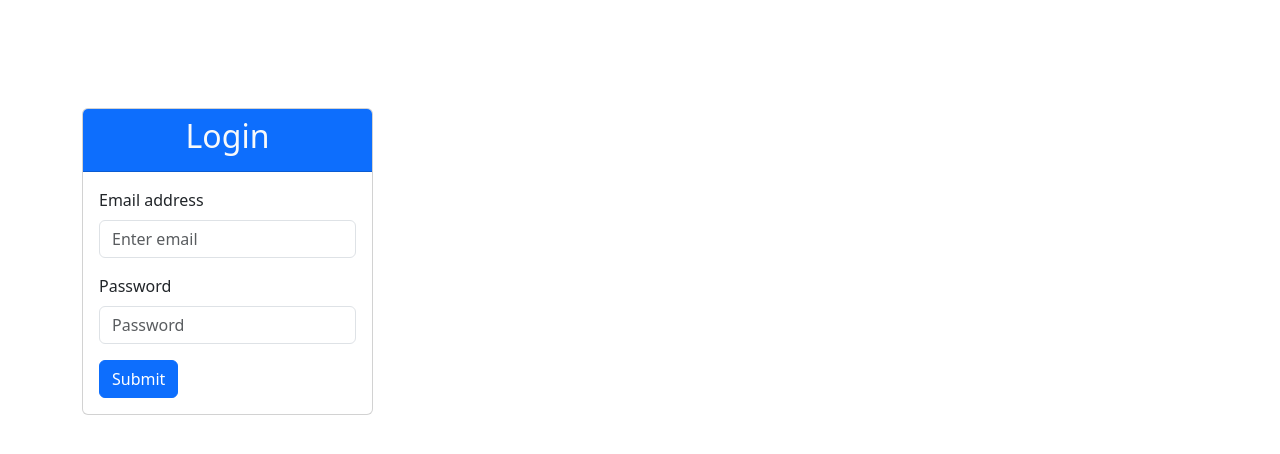
Repository: trider/react-task-app
Page: /login
An editor plug-in stored every save of this project. The page is shown before and after the next save, followed by the edit.
The browser window is 1280 px wide. The pictures show the whole page.
The project was rebuilt for these pictures with package versions that can differ from the ones it lists, and the page was loaded fresh each time.

Above is the page before, as saved 2024-05-02 16:20:43.

### src/App.js

import 'bootstrap/dist/css/bootstrap.min.css';
import LoginForm from "./pages/Login";



let App = () => {
  return (
    <div>

      <LoginForm />


    </div>


  );
}


export default App;

### src/pages/Login.js

import Button from 'react-bootstrap/Button';
import Container from 'react-bootstrap/Container';
import Form from 'react-bootstrap/Form';
import Card from 'react-bootstrap/Card';

const FormBody = () => {
  return (
    <div>
      <Form>
        <Form.Group className="mb-3" controlId="formBasicEmail">
          <Form.Label>Email address</Form.Label>
          <Form.Control type="email" placeholder="Enter email" />
        </Form.Group>

        <Form.Group className="mb-3" controlId="formBasicPassword">
          <Form.Label>Password</Form.Label>
          <Form.Control type="password" placeholder="Password" />
        </Form.Group>

        <Button variant="primary" type="submit">
          Submit
        </Button>
      </Form>
    </div>
  );

}



const LoginForm = () => {
  return (
    <div className='mx-auto p-2' style={{ marginTop: '100px' }}>
      <Container fluid className='container-lg d-lg-flex'>
        <Card className='card-sm'>
          <Card.Header className='bg-primary text-light text-center' >
            <h2>Login</h2>
          </Card.Header>
          <Card.Body>
            <FormBody />

          </Card.Body>
        </Card>

      </Container>
    </div>





  );
}

export default LoginForm;

Loaded but not shown: public/index.html (common file); src/index.js (common file); src/index.css (common file); src/reportWebVitals.js (common file)

After the next save:
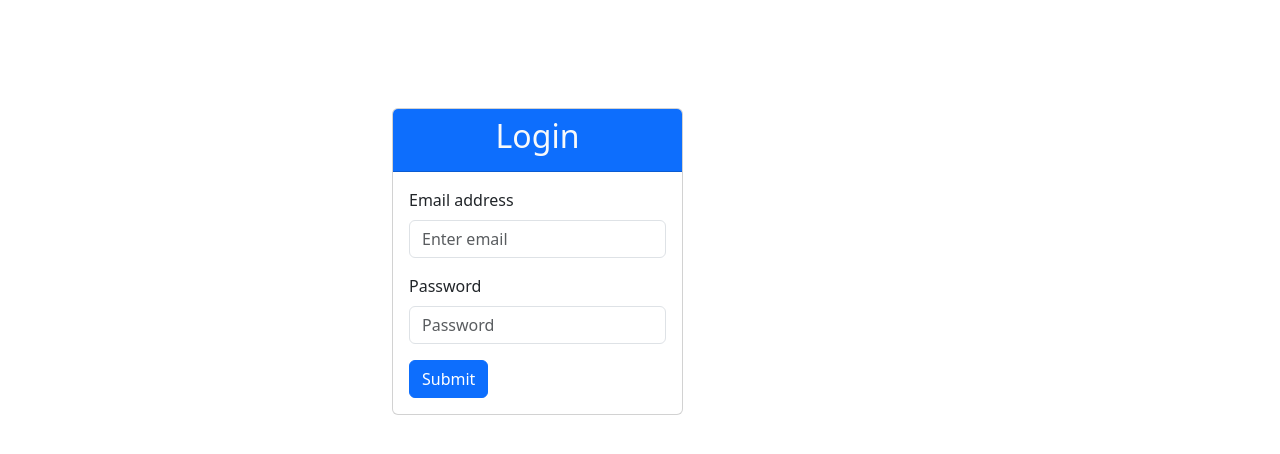
Saved 37 s later.
--- a/src/pages/Login.js
+++ b/src/pages/Login.js
@@ -31,8 +31,8 @@ const FormBody = () => {
 
 const LoginForm = () => {
   return (
-    <div className='mx-auto p-2' style={{ marginTop: '100px' }}>
-      <Container fluid className='container-lg d-lg-flex'>
+    <div>
+      <Container fluid className='container-lg d-lg-flex mx-auto p-2' style={{ marginTop: '100px', width: '40%' }}>
         <Card className='card-sm'>
           <Card.Header className='bg-primary text-light text-center' >
             <h2>Login</h2>
